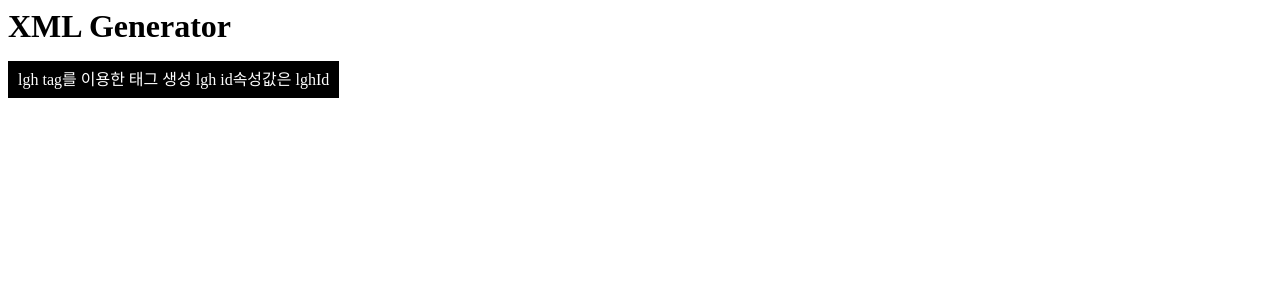
Repository: gh-56/jsp_workspace_al
Page: http://localhost/12_template_page/xml.jsp
The author's editor kept a copy of each file at every save. The page is drawn from the files as they stood at one save, then again after the next save.
The browser window is 1280 px wide. The pictures show the whole page.
The page is served by Tomcat 9.

Above is the page before, as saved 2023-10-18 02:30:08.

After the next save:
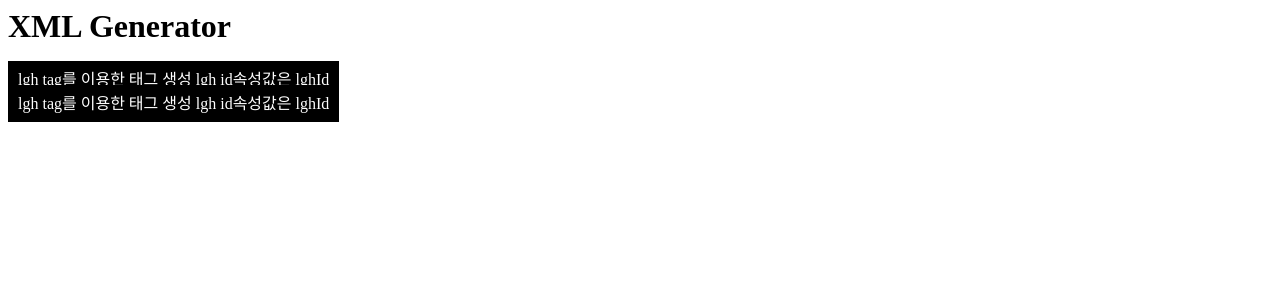
Saved 71 s later.
--- a/12_template_page/src/main/webapp/xml.jsp
+++ b/12_template_page/src/main/webapp/xml.jsp
@@ -25,3 +25,7 @@
 		lgh tag를 이용한 태그 생성 lgh id속성값은 lghId
 	</jsp:body>
 </jsp:element>
+<br/>
+<lgh id="lghId" class="lghClass">
+	lgh tag를 이용한 태그 생성 lgh id속성값은 lghId
+</lgh>
